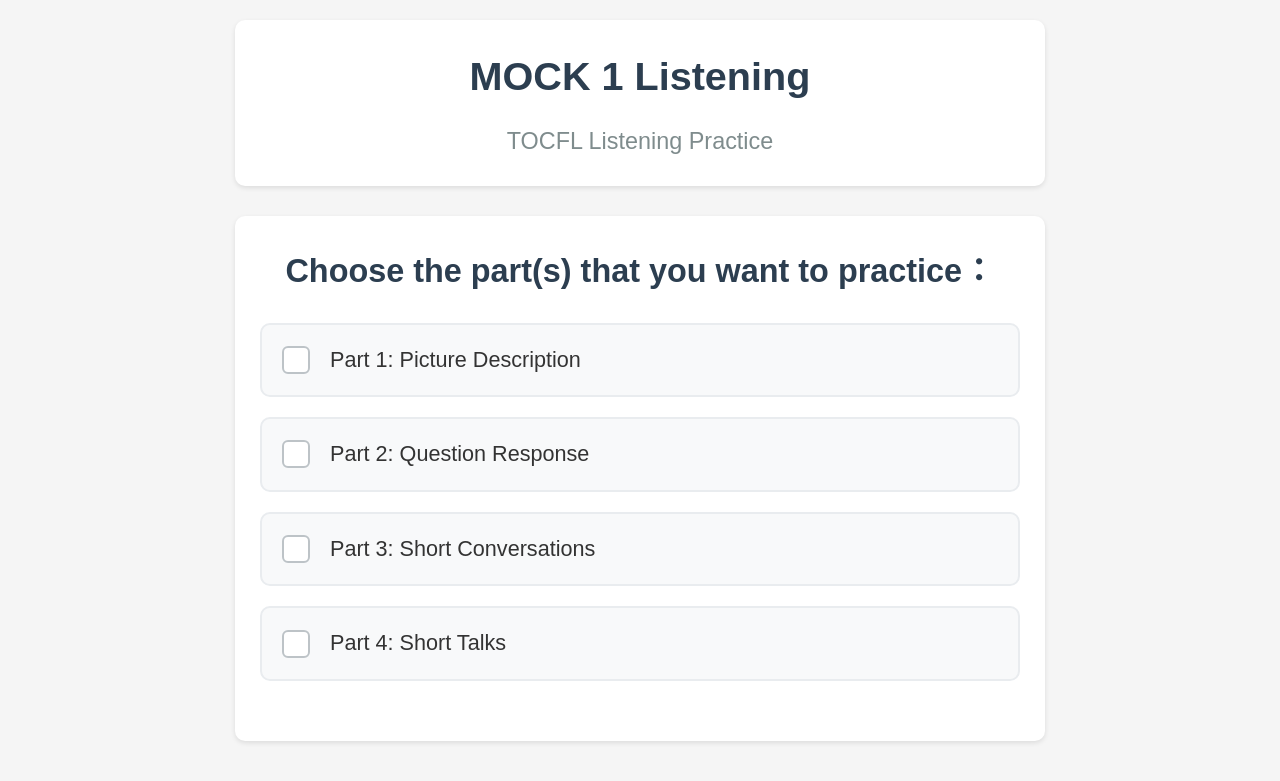
Repository: fangdongyzu/tocfl-mock1-listening
Page: index.html
These files come from the project's save history. The page is drawn as it stood at one moment and after the next save; the edit follows.
The browser window is 1280 px wide. The pictures show the whole page.

Above is the page before, as saved 2025-12-26 01:08:19.

After the next save:
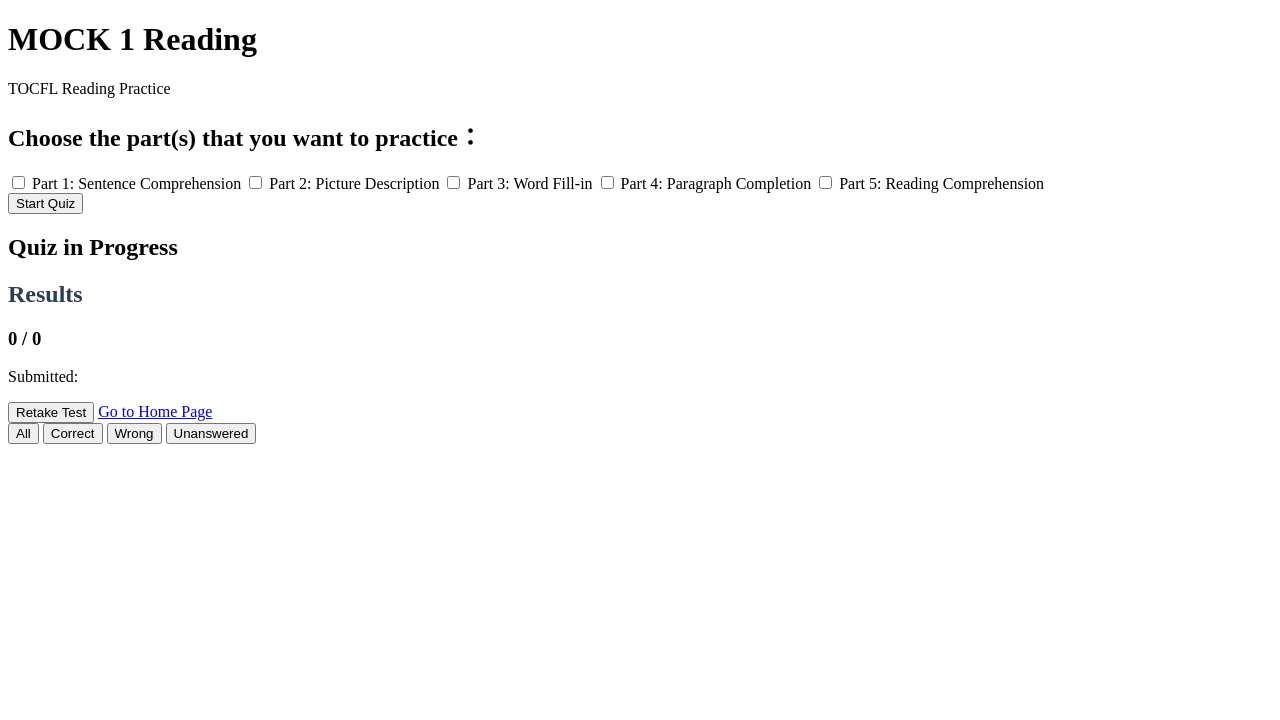
Not found: quizData.js
Not found: script.js
Not found: style.css
Saved 5 min 28 s later.
--- a/index.html
+++ b/index.html
@@ -1,21 +1,96 @@
-<!doctype html>
-<html lang="zh-Hant">
+<!DOCTYPE html>
+<html lang="zh-TW">
+
 <head>
-  <meta charset="utf-8" />
-  <meta name="viewport" content="width=device-width,initial-scale=1" />
-  <title>TOCFL LISTENING MOCK 1</title>
-  <link rel="stylesheet" href="styles.css" />
-  <!-- React + ReactDOM -->
-  <script crossorigin src="https://unpkg.com/react@18/umd/react.development.js"></script>
-  <script crossorigin src="https://unpkg.com/react-dom@18/umd/react-dom.development.js"></script>
-  <!-- Babel for JSX in the browser (for quick demo) -->
-  <script src="https://unpkg.com/@babel/standalone/babel.min.js"></script>
+  <meta charset="UTF-8">
+  <meta name="viewport" content="width=device-width, initial-scale=1.0">
+  <title>MOCK 1 Reading</title>
+  <link rel="stylesheet" href="style.css">
 </head>
+
 <body>
-  <div id="root"></div>
+  <div class="container">
+    <header>
+      <h1>MOCK 1 Reading</h1>
+      <p>TOCFL Reading Practice</p>
+    </header>
 
-  <!-- Data, CSS and App scripts -->
-  <script src="data.js"></script>
-  <script type="text/babel" src="app.js"></script>
+    <div class="part-selection">
+      <h2>Choose the part(s) that you want to practice：</h2>
+      <div class="part-checkboxes">
+        <label class="part-checkbox">
+          <input type="checkbox" data-part="1">
+          <span class="checkmark"></span>
+          Part 1: Sentence Comprehension
+        </label>
+        <label class="part-checkbox">
+          <input type="checkbox" data-part="2">
+          <span class="checkmark"></span>
+          Part 2: Picture Description
+        </label>
+        <label class="part-checkbox">
+          <input type="checkbox" data-part="3">
+          <span class="checkmark"></span>
+          Part 3: Word Fill-in
+        </label>
+        <label class="part-checkbox">
+          <input type="checkbox" data-part="4">
+          <span class="checkmark"></span>
+          Part 4: Paragraph Completion
+        </label>
+        <label class="part-checkbox">
+          <input type="checkbox" data-part="5">
+          <span class="checkmark"></span>
+          Part 5: Reading Comprehension
+        </label>
+      </div>
+      <button id="start-quiz-btn" class="start-btn">Start Quiz</button>
+    </div>
+
+    <div id="quiz-container" class="quiz-container hidden">
+      <div class="quiz-header">
+        <h2 id="part-title">Quiz in Progress</h2>
+      </div>
+
+      <div id="question-container">
+        </div>
+
+      <div class="navigation">
+        <button id="prev-btn" class="nav-btn" style="display: none;">Previous Part</button>
+        <button id="next-btn" class="nav-btn" style="display: none;">Next Part</button>
+        <button id="submit-btn" class="submit-btn" style="display: none;">Submit Answers</button>
+      </div>
+    </div>
+
+    <div id="results-container" class="results-container hidden">
+      <h2 style="margin-bottom: 20px; color: #2c3e50;">Results</h2>
+
+      <div class="score">
+        <h3><span id="score">0</span> / <span id="total">0</span></h3>
+        <p>Submitted: <span id="submit-time"></span></p>
+      </div>
+
+      <div class="result-actions">
+        <button id="restart-btn" class="restart-btn">Retake Test</button>
+        <a href="https://fangdongyzu.github.io/tocflmock/" class="home-btn">Go to Home Page</a>
+      </div>
+
+      <div class="filter-section">
+        <button class="result-filter-btn active" data-filter="all">All</button>
+        <button class="result-filter-btn" data-filter="correct">Correct</button>
+        <button class="result-filter-btn" data-filter="wrong">Wrong</button>
+        <button class="result-filter-btn" data-filter="unanswered">Unanswered</button>
+      </div>
+
+      <div id="results-details" class="results-details">
+        </div>
+
+      <div class="part-breakdown" id="part-breakdown"></div>
+    </div>
+  </div>
+
+  <script src="quizData.js"></script>
+  <script src="script.js"></script>
 </body>
+
 </html>
